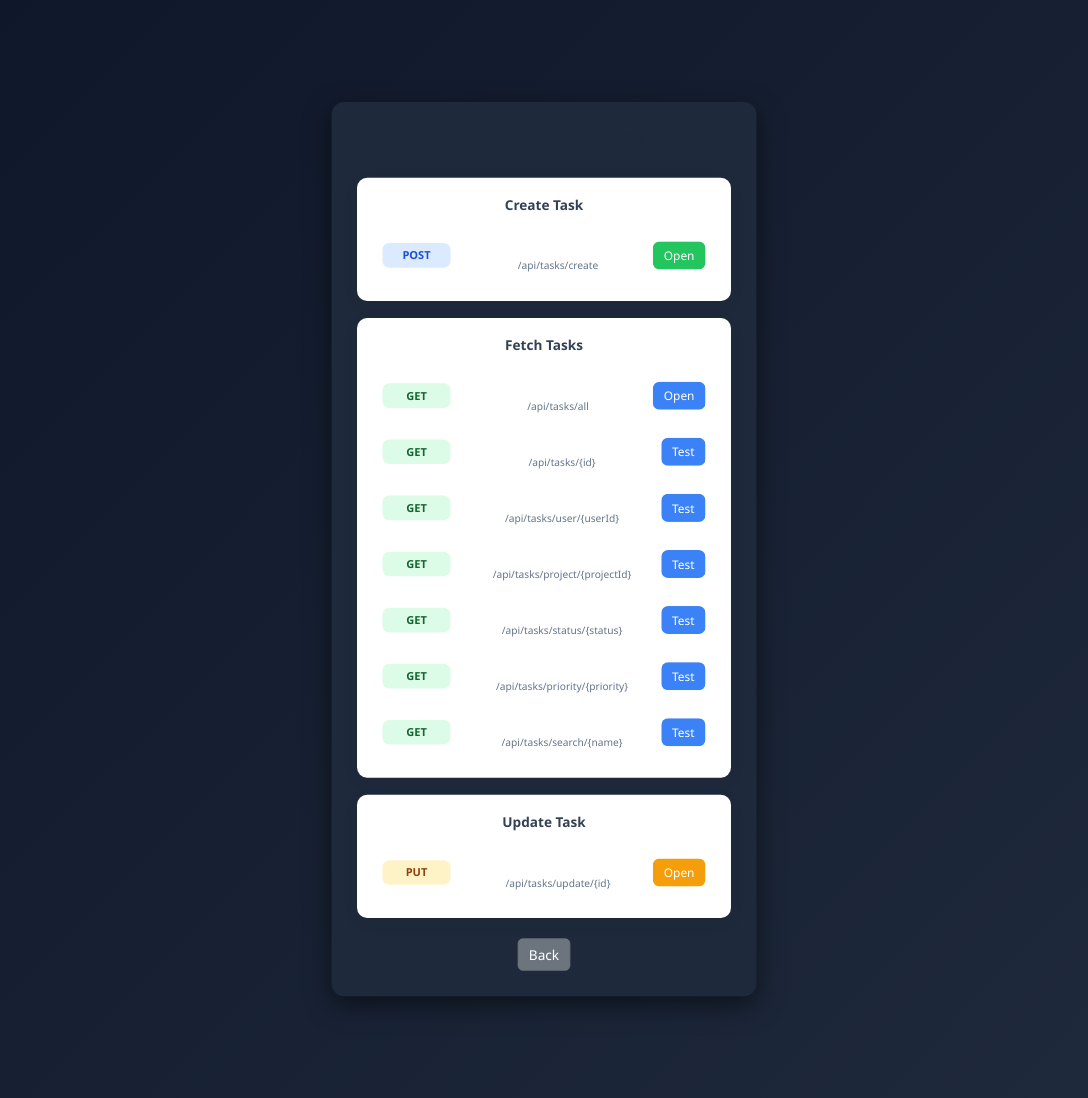
Repository: Rohan-911/task-management
Page: http://localhost/taskservice/task-endpoints
The author's editor kept a copy of each file at every save. The page is drawn from the files as they stood at one save, then again after the next save.
The browser window is 1280 px wide. The pictures show the whole page, at 85% of full size.
The page is this project's Thymeleaf template; nobody is signed in. The template is opened directly, without the code that normally fills it, so the values that code supplies are empty.

Above is the page before, as saved 2026-04-20 05:59:53.

### frontend/src/main/resources/templates/taskservice/task-endpoints.html
<!DOCTYPE html>
<html xmlns:th="http://www.thymeleaf.org">

<head>
    <title>Task Module</title>

    <link href="https://cdn.jsdelivr.net/npm/bootstrap@5.3.0/dist/css/bootstrap.min.css" rel="stylesheet">

	<style>
	        body {
	            background: linear-gradient(135deg, #0f172a, #1e293b);
	            color: white;
	            font-family: 'Segoe UI', sans-serif;
	        }

	        .container-box {
	            max-width: 500px;
	            margin: 120px auto;
	            padding: 30px;
	            border-radius: 15px;
	            background: #1e293b;
	            text-align: center;
	            box-shadow: 0 10px 30px rgba(0,0,0,0.5);
	        }



        /* HEADER */
        .page-title {
            text-align: center;
            font-weight: 700;
            margin-bottom: 25px;
            color: #1e293b;
        }

        /* SECTION CARD */
        .section {
            background: white;
            border-radius: 12px;
            padding: 20px;
            margin-bottom: 20px;
            box-shadow: 0 5px 20px rgba(0,0,0,0.05);
        }

        .section-title {
            font-weight: 600;
            margin-bottom: 15px;
            color: #334155;
        }

        /* ENDPOINT ROW */
        .endpoint {
            display: flex;
            align-items: center;
            justify-content: space-between;
            padding: 12px 10px;
            border-radius: 10px;
            transition: 0.2s;
        }

        .endpoint:hover {
            background: #f1f5f9;
        }

        /* METHOD BADGE */
        .method {
            width: 80px;
            text-align: center;
            font-weight: 600;
            padding: 5px;
            border-radius: 8px;
            font-size: 13px;
        }

        .get { background: #dcfce7; color: #166534; }
        .post { background: #dbeafe; color: #1d4ed8; }
        .put { background: #fef3c7; color: #92400e; }
        .delete { background: #fee2e2; color: #991b1b; }

        /* ENDPOINT TEXT */
        .endpoint-info {
            flex: 1;
            margin-left: 15px;
        }

        .endpoint-info small {
            display: block;
            font-size: 12px;
            color: #64748b;
        }

        /* BUTTONS */
        .btn-sm {
            border-radius: 8px;
            padding: 5px 12px;
        }

        .btn-open { background: #22c55e; color: white; }
        .btn-test { background: #3b82f6; color: white; }
        .btn-update { background: #f59e0b; color: white; }

    </style>
</head>

<body>

<div class="container-box">

    <h3 class="page-title"> Task service APIs</h3>

    <!-- CREATE -->
    <div class="section">
        <div class="section-title">Create Task</div>

        <div class="endpoint">
            <div class="method post">POST</div>
            <div class="endpoint-info">
                Create Task
                <small>/api/tasks/create</small>
            </div>
            <a href="/tasks/create" class="btn btn-open btn-sm">Open</a>
        </div>
    </div>

    <!-- FETCH -->
    <div class="section">
        <div class="section-title">Fetch Tasks</div>

        <div class="endpoint">
            <div class="method get">GET</div>
            <div class="endpoint-info">
                All Tasks
                <small>/api/tasks/all</small>
            </div>
            <a href="/tasks" class="btn btn-test btn-sm">Open</a>
        </div>

        <div class="endpoint">
            <div class="method get">GET</div>
            <div class="endpoint-info">
                Task By ID
                <small>/api/tasks/{id}</small>
            </div>
            <a href="/tasks/id?id=1" class="btn btn-test btn-sm">Test</a>
        </div>

        <div class="endpoint">
            <div class="method get">GET</div>
            <div class="endpoint-info">
                Tasks By User
                <small>/api/tasks/user/{userId}</small>
            </div>
            <a href="/tasks/user?userId=1" class="btn btn-test btn-sm">Test</a>
        </div>

        <div class="endpoint">
            <div class="method get">GET</div>
            <div class="endpoint-info">
                Tasks By Project
                <small>/api/tasks/project/{projectId}</small>
            </div>
            <a href="/tasks/project?projectId=1" class="btn btn-test btn-sm">Test</a>
        </div>

        <div class="endpoint">
            <div class="method get">GET</div>
            <div class="endpoint-info">
                Search by Status
                <small>/api/tasks/status/{status}</small>
            </div>
            <a href="/tasks/search/status?status=Pending" class="btn btn-test btn-sm">Test</a>
        </div>

        <div class="endpoint">
            <div class="method get">GET</div>
            <div class="endpoint-info">
                Search by Priority
                <small>/api/tasks/priority/{priority}</small>
            </div>
            <a href="/tasks/search/priority?priority=High" class="btn btn-test btn-sm">Test</a>
        </div>

        <div class="endpoint">
            <div class="method get">GET</div>
            <div class="endpoint-info">
                Search by Name
                <small>/api/tasks/search/{name}</small>
            </div>
            <a href="/tasks/search?name=Test Task" class="btn btn-test btn-sm">Test</a>
        </div>
    </div>

    <!-- UPDATE -->
    <div class="section">
        <div class="section-title">Update Task</div>

        <div class="endpoint">
            <div class="method put">PUT</div>
            <div class="endpoint-info">
                Edit Task
                <small>/api/tasks/update/{id}</small>
            </div>
            <a href="/tasks/edit/1" class="btn btn-update btn-sm">Open</a>
        </div>
    </div>

    <!-- BACK -->
    <div class="text-center mt-4">
        <a href="/home" class="btn btn-secondary"> Back</a>
    </div>

</div>

</body>
</html>

After the next save:
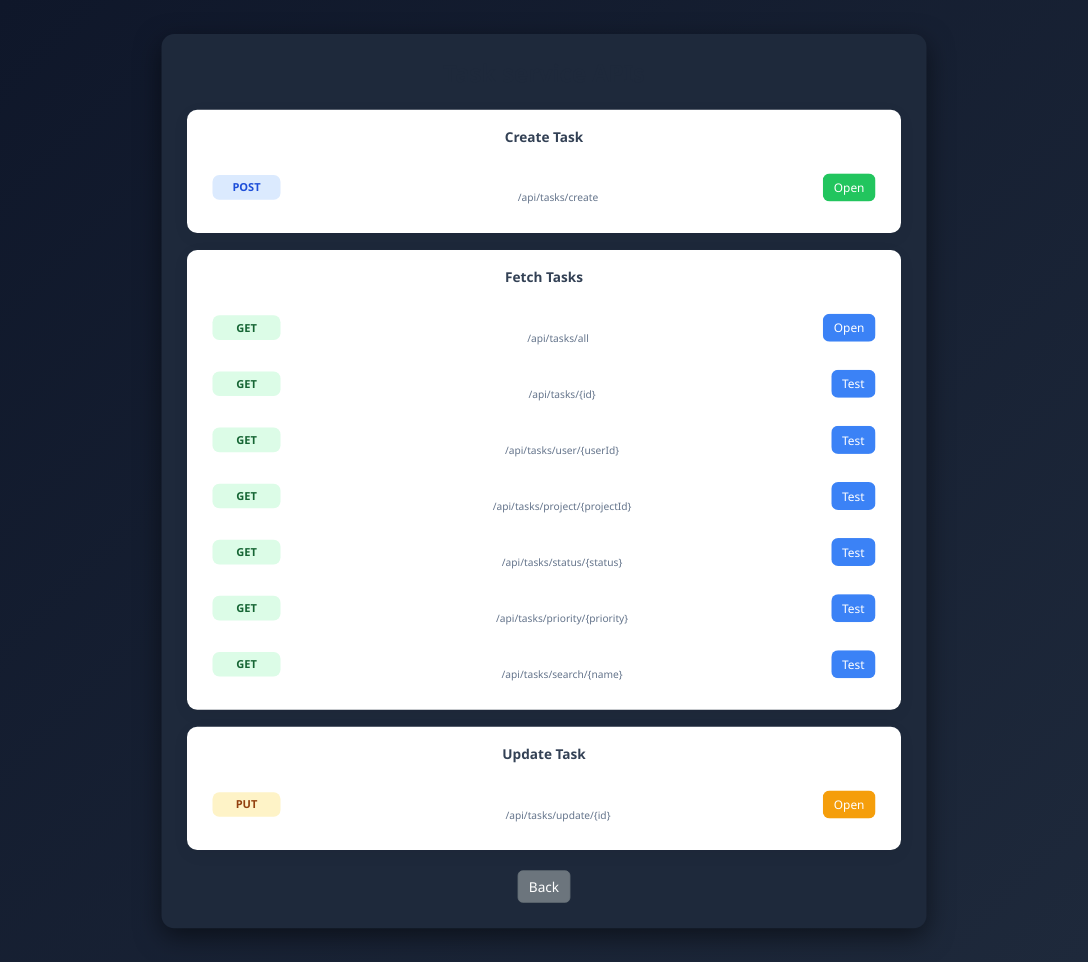
Saved 45 s later.
--- a/frontend/src/main/resources/templates/taskservice/task-endpoints.html
+++ b/frontend/src/main/resources/templates/taskservice/task-endpoints.html
@@ -14,15 +14,14 @@
 	        }
 
 	        .container-box {
-	            max-width: 500px;
-	            margin: 120px auto;
+	            max-width: 900px;
+	            margin: 40px auto;
 	            padding: 30px;
 	            border-radius: 15px;
 	            background: #1e293b;
 	            text-align: center;
 	            box-shadow: 0 10px 30px rgba(0,0,0,0.5);
 	        }
-
 
 
         /* HEADER */
